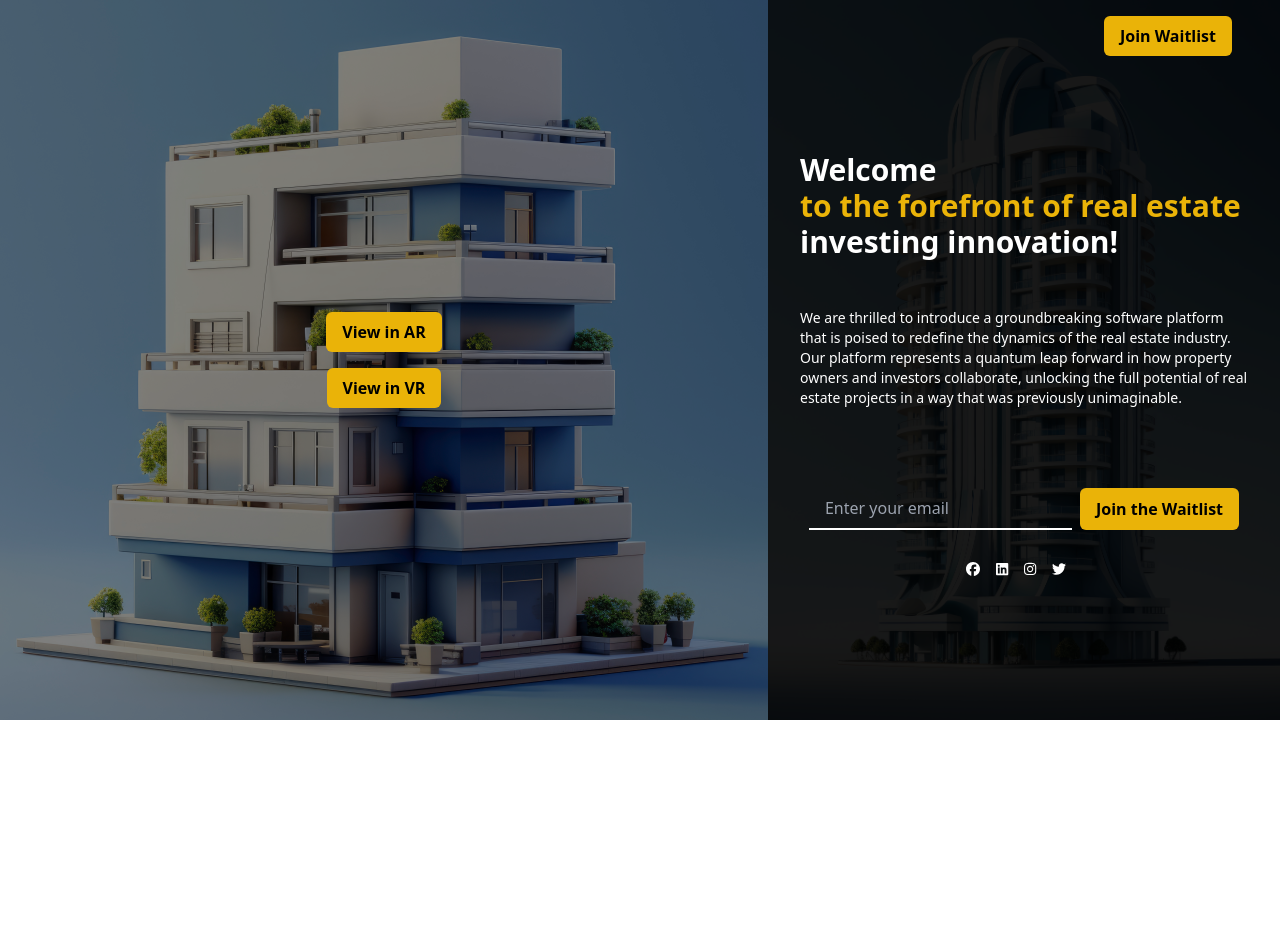
Repository: brytemenz/investnest-landing
Page: /
The author's editor kept a copy of each file at every save. The page is drawn from the files as they stood at one save, then again after the next save.
The browser window is 1280 px wide. The pictures show the whole page.
The project was rebuilt for these pictures with package versions that can differ from the ones it lists, and the page was loaded fresh each time. Also part of the build but not shown: vite.config.js, src/components/ThreeDImage.jsx.

Above is the page before, as saved 2024-05-29 12:32:16.

### src/main.jsx
// src/main.jsx
import 'antd/dist/reset.css';
import './index.css';
import './landingPage.css';
import React from 'react';
import ReactDOM from 'react-dom/client';
import App from './App';

ReactDOM.createRoot(document.getElementById('root')).render(
  <React.StrictMode>
    <App />
  </React.StrictMode>
);

### src/landingPage.css
/* src/landingPage.css */
.bg-cover {
  background-size: cover;
}

.bg-center {
  background-position: center;
}


/* landingPage.css */
/* landingPage.css */
.left-image {
  height: 100%;
  background-image: url('./assets/leftimage.jpg'); /* Ensure the path is correct */
  background-size: cover;
  background-position: center;
  background-repeat: no-repeat;
}

### src/App.jsx
// App.jsx
import React, { useState, useEffect } from 'react';
import LandingPage from './pages/landingPage';
import LoadingSpinner from './components/loadingSpinner';

const App = () => {
  const [loading, setLoading] = useState(true);

  useEffect(() => {
    // Simulate a delay to mimic loading process
    const timeout = setTimeout(() => {
      setLoading(false);
    }, 2000);

    // Clean up the timeout
    return () => clearTimeout(timeout);
  }, []);

  return (
    <>
      {loading ? <LoadingSpinner /> : <LandingPage />}
    </>
  );
};

export default App;

### src/pages/landingPage.jsx
import React, { useState, useEffect } from 'react';
import rightImage from '../assets/rightimage.jpg';
//import leftImage from '../assets/leftimage.jpg';
import { FontAwesomeIcon } from '@fortawesome/react-fontawesome';
import { faFacebook, faLinkedin, faInstagram, faTwitter } from '@fortawesome/free-brands-svg-icons';
import LoadingSpinner from '../components/loadingSpinner';
import ThreeDImage from '../components/ThreeDImage';
import '../landingPage.css';

const LandingPage = () => {
  const [isLoading, setIsLoading] = useState(true);
  const [show3DModel, setShow3DModel] = useState(false);
  const [viewMode, setViewMode] = useState(null);

  useEffect(() => {
    const timer = setTimeout(() => {
      setIsLoading(false);
    }, 2000); // Simulating a 2-second loading time

    return () => clearTimeout(timer);
  }, []);

  const handleView3DModel = (mode) => {
    setShow3DModel(true);
    setViewMode(mode);
  };

  return (
    <>
      {isLoading ? (
        <LoadingSpinner />
      ) : (
        <div className="flex min-h-screen">
          <div className="w-3/5 relative">
            {show3DModel ? (
              <ThreeDImage modelUrl="/room.glb" mode={viewMode} />
            ) : (
              <div className="h-full relative">
                <div className="left-image">
                  <div className="absolute inset-0 bg-black bg-opacity-50 flex flex-col items-center justify-center space-y-4">
                    <button
                      onClick={() => handleView3DModel('ar')}
                      className="bg-yellow-500 text-black px-4 py-2 rounded-md font-bold"
                    >
                      View in AR
                    </button>
                    <button
                      onClick={() => handleView3DModel('vr')}
                      className="bg-yellow-500 text-black px-4 py-2 rounded-md font-bold"
                    >
                      View in VR
                    </button>
                  </div>
                </div>
              </div>
            )}
          </div>
          <div className="w-2/5 relative flex flex-col justify-end">
            <div className="bg-cover bg-center h-full" style={{ backgroundImage: `url(${rightImage})` }}>
              <div className="absolute inset-0 bg-black bg-opacity-90 flex flex-col justify-start items-start text-white px-8">
                <button className="bg-yellow-500 text-black px-4 py-2 rounded-md font-bold mt-4 mr-4 self-end">Join Waitlist</button>
                <div className="mt-24 text-left">
                  <h2 className="text-3xl font-bold mb-4">Welcome <br/><span className='text-yellow-500'>to the forefront of real estate </span><br/>investing innovation!</h2>
                  <p className="text-sm mt-12">We are thrilled to introduce a groundbreaking software platform that is poised to redefine the dynamics of the real estate industry. Our platform represents a quantum leap forward in how property owners and investors collaborate, unlocking the full potential of real estate projects in a way that was previously unimaginable.</p>
                  <div className="mt-20 flex justify-center">
                    <input type="email" placeholder="Enter your email" className="border-b-2 border-white bg-transparent text-white placeholder-white::placeholder px-4 py-2 focus:outline-none focus:border-yellow-500"/>
                    <button className="bg-yellow-500 text-black px-4 py-2 rounded-md font-bold ml-2">Join the Waitlist</button>
                  </div>
                </div>
                <div className="text-sm mt-8 flex items-center justify-center mx-auto">
                  <FontAwesomeIcon icon={faFacebook} className="text-yellow mr-4 cursor-pointer" />
                  <FontAwesomeIcon icon={faLinkedin} className="text-yellow mr-4 cursor-pointer" />
                  <FontAwesomeIcon icon={faInstagram} className="text-yellow mr-4 cursor-pointer" />
                  <FontAwesomeIcon icon={faTwitter} className="text-yellow mr-4 cursor-pointer" />
                </div>
                <div className="text-sm mt-80">
                  <p>www.investnest.net | Email: info@investnest.net | Contacts: 0209156282 / 0506154295</p>
                </div>
              </div>
            </div>
          </div>
        </div>
      )}
    </>
  );
};

export default LandingPage;

### src/components/loadingSpinner.jsx
// src/pages/LoadingSpinner.jsx
import React from 'react';
import { CircleLoader } from 'react-spinners';

const LoadingSpinner = () => {
  return (
    <div className="flex justify-center items-center min-h-screen">
      <CircleLoader color="#FFC107" />
    </div>
  );
};

export default LoadingSpinner;

Loaded but not shown: src/index.css (common file); tailwind.config.js (common file)

After the next save:
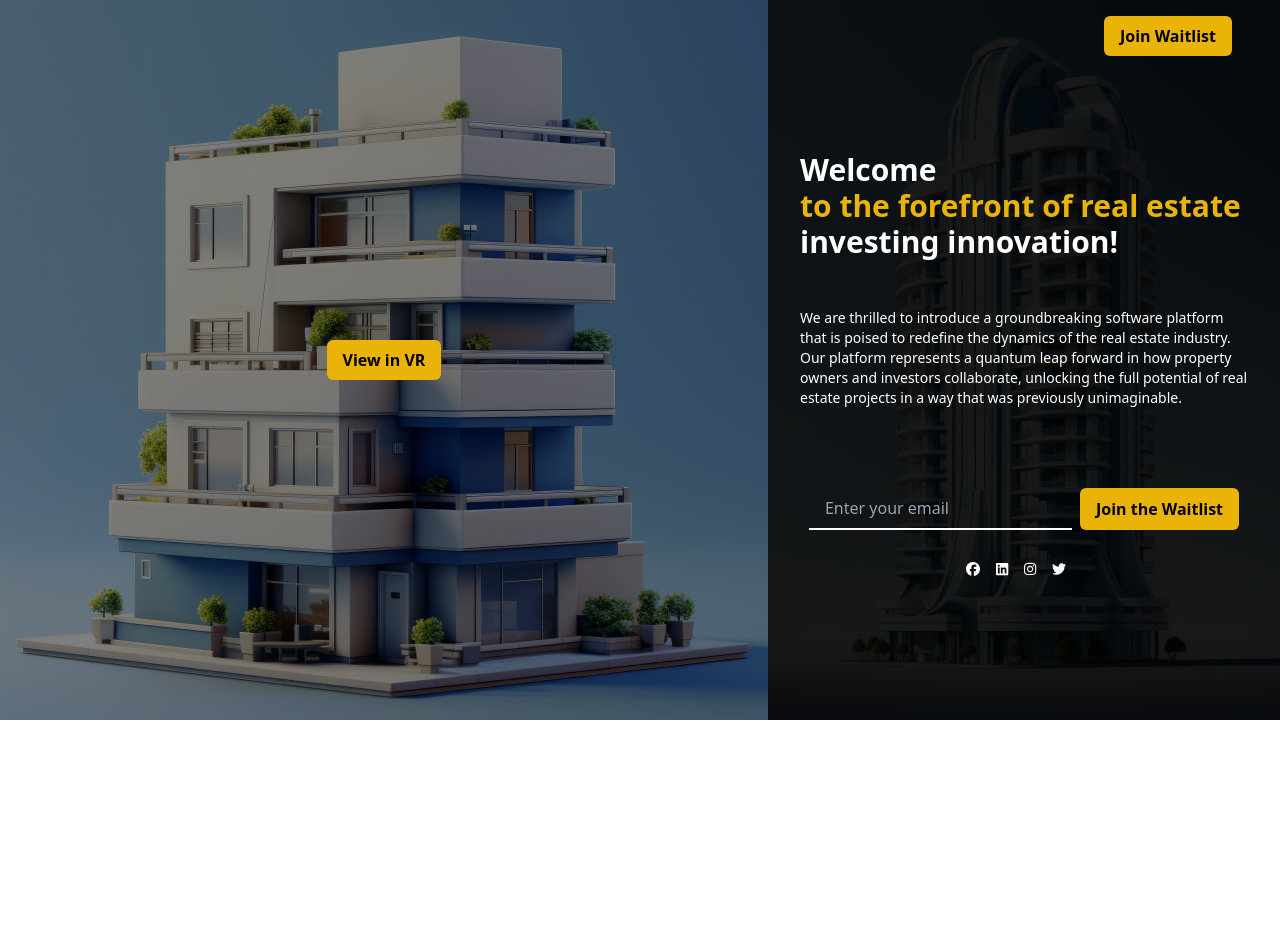
Saved 68 s later.
--- a/src/pages/landingPage.jsx
+++ b/src/pages/landingPage.jsx
@@ -38,12 +38,12 @@ const LandingPage = () => {
               <div className="h-full relative">
                 <div className="left-image">
                   <div className="absolute inset-0 bg-black bg-opacity-50 flex flex-col items-center justify-center space-y-4">
-                    <button
+                    {/* <button
                       onClick={() => handleView3DModel('ar')}
                       className="bg-yellow-500 text-black px-4 py-2 rounded-md font-bold"
                     >
                       View in AR
-                    </button>
+                    </button> */}
                     <button
                       onClick={() => handleView3DModel('vr')}
                       className="bg-yellow-500 text-black px-4 py-2 rounded-md font-bold"
